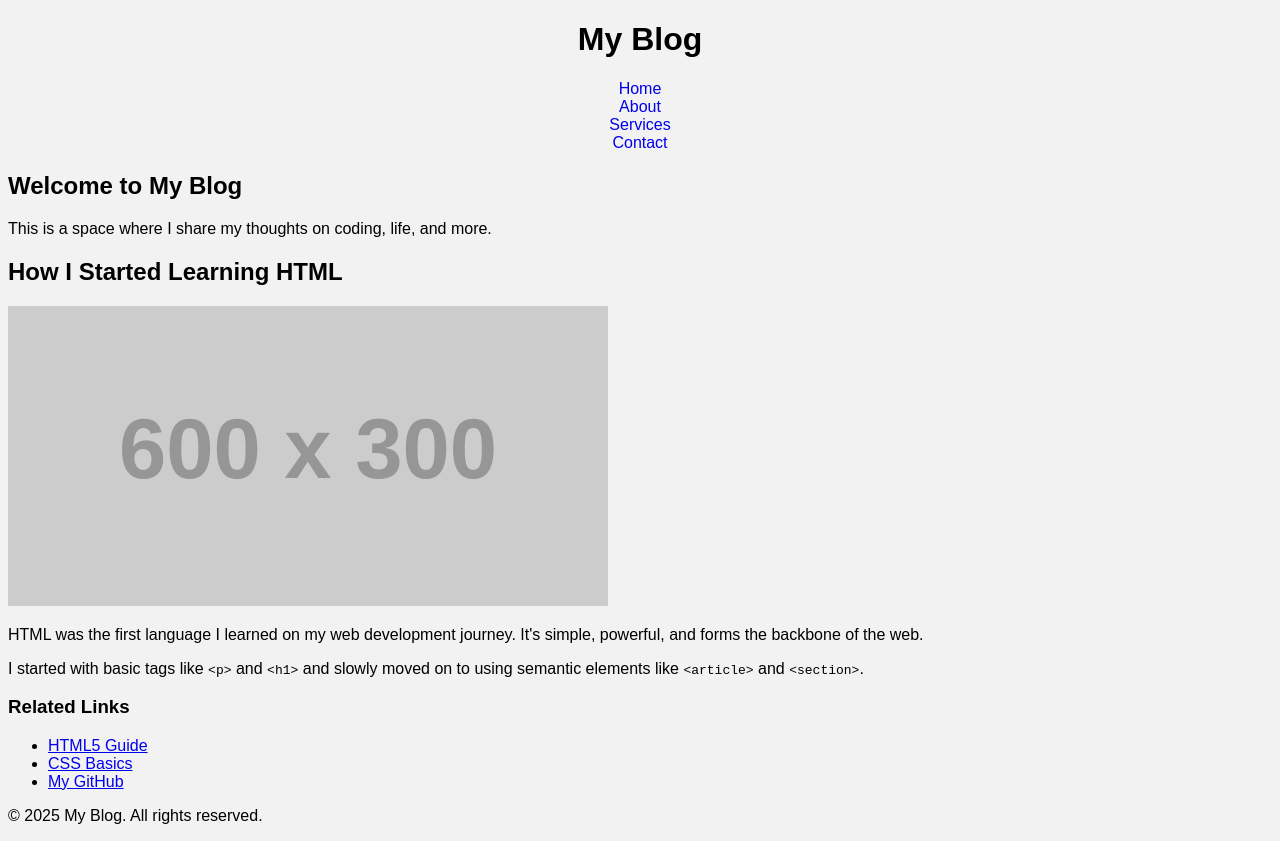
Repository: SainediAmbika/RecallingAll
Page: Angular Recalling/Blog Page/index.html
An editor plug-in stored every save of this project. The page is shown before and after the next save, followed by the edit.
The browser window is 1280 px wide. The pictures show the whole page.

Above is the page before, as saved 2025-05-19 12:00:42.

### Angular Recalling/Blog Page/index.html
<!DOCTYPE html>
<html lang="en">

<head>
    <meta charset="UTF-8">
    <meta name="viewport" content="width=device-width, initial-scale=1.0">
    <link rel="stylesheet" href="app.css">
    <title>Blog Page</title>

</head>
<body>
    <header class="header">
        <h1>My Blog</h1>
        <nav>
            <ul>
                <li><a href="#">Home</a></li>
                <li><a href="#">About</a></li>
                <li><a href="#">Services</a></li>
                <li><a href="#">Contact</a></li>

            </ul>
        </nav>
    </header>
    <main>

        <section>
            <h2>Welcome to My Blog</h2>
            <p>This is a space where I share my thoughts on coding, life, and more.</p>
        </section>
    </main>
    <article>
        <h2>How I Started Learning HTML</h2>
        <img src="https://via.placeholder.com/600x300" alt="A person learning HTML on a laptop">
        <p>HTML was the first language I learned on my web development journey. It's simple, powerful, and forms the
            backbone of the web.</p>
        <p>I started with basic tags like <code>&lt;p&gt;</code> and <code>&lt;h1&gt;</code> and slowly moved on to
            using semantic elements like <code>&lt;article&gt;</code> and <code>&lt;section&gt;</code>.</p>
    </article>

    <aside>
        <h3>Related Links</h3><ul>
            <li><a href="https://www.w3schools.com/html/">HTML5 Guide</a></li>
            <li><a href="https://www.w3schools.com/css/">CSS Basics</a></li>
            <li><a href="https://github.com/">My GitHub</a></li>

        </ul>
    </aside>




    <footer>
        <p>&copy; 2025 My Blog. All rights reserved.</p>
    </footer>
    </article>

</body>

</html>

### Angular Recalling/Blog Page/app.css
.header{
    text-align: center;

}

nav ul{
    list-style-type: none;
display: inline;
padding: 0
}

nav ul li a{
    text-decoration: none;

}

body {
    font-family: Arial, sans-serif;
    background-color: #f2f2f2;

 }

After the next save:
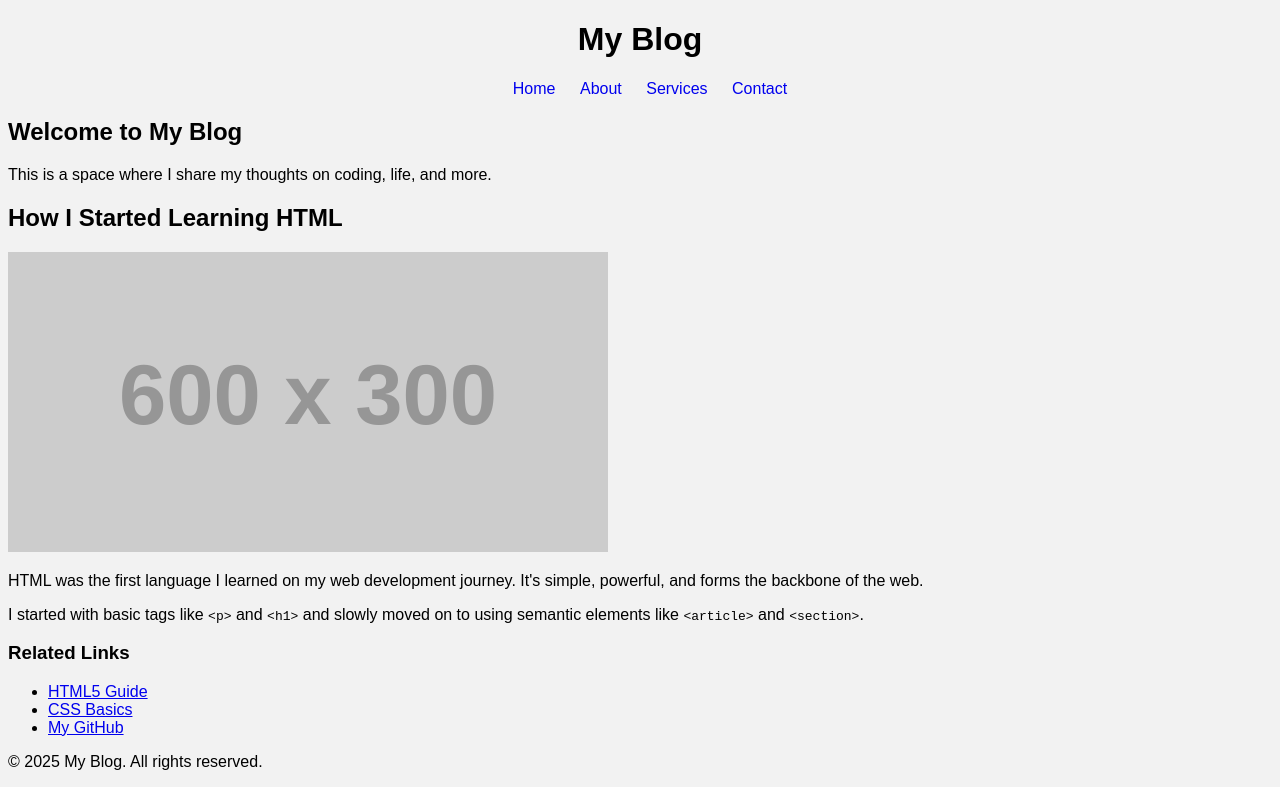
Saved 15 s later.
--- a/Angular Recalling/Blog Page/app.css
+++ b/Angular Recalling/Blog Page/app.css
@@ -5,8 +5,11 @@
 
 nav ul{
     list-style-type: none;
-display: inline;
-padding: 0
+}
+
+nav ul li {
+   display: inline;
+   margin-right: 20px;
 }
 
 nav ul li a{
